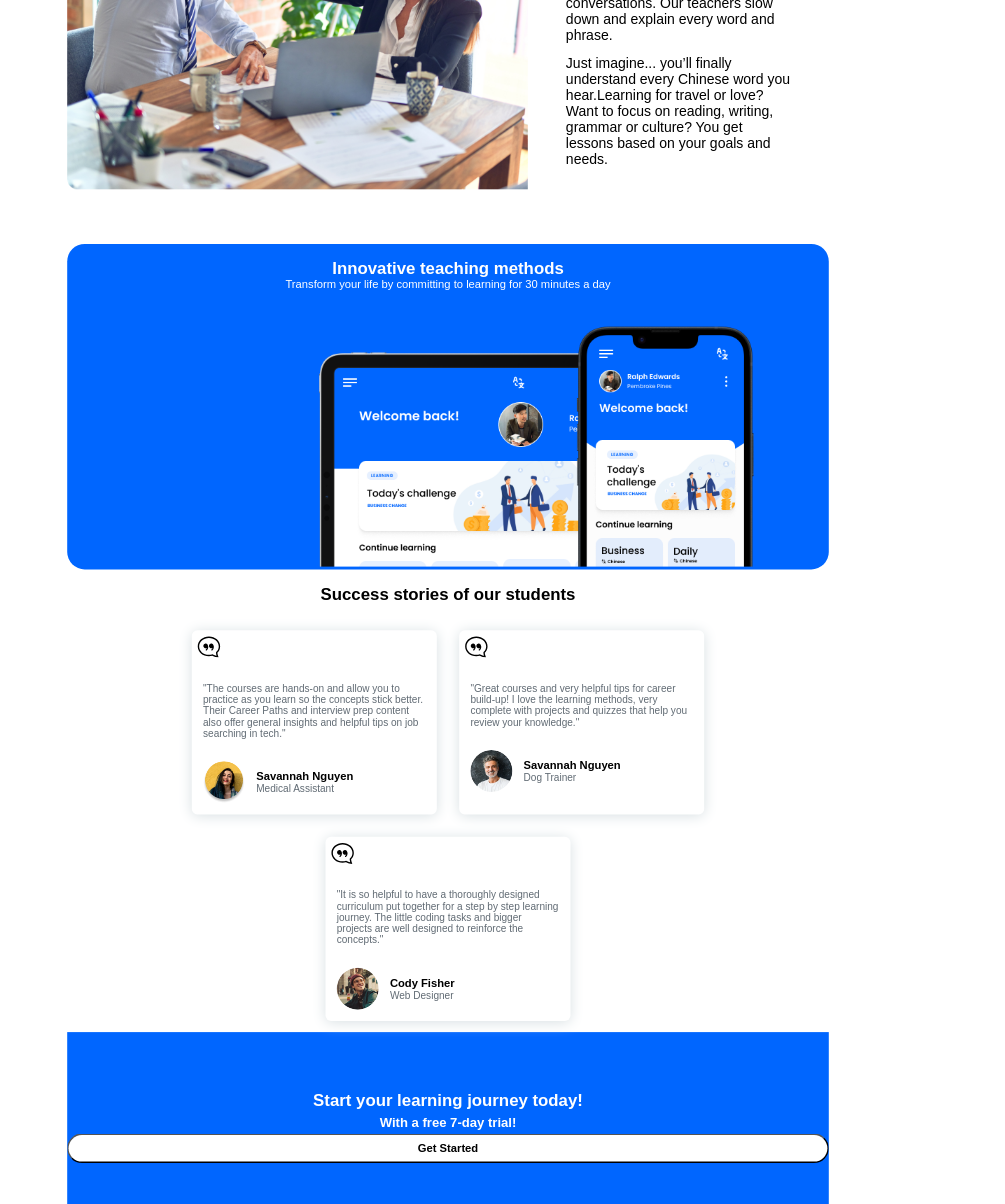
Repository: BinhIT/ChineseLearn
Page: index.html
These files come from the project's save history. The page is drawn as it stood at one moment and after the next save; the edit follows.
The browser window is 1280 px wide. The page is 1436 px wide, so the pictures cover 1436 px, including what lies to the right of the window. The pictures show the part of the page from y = 1039 to 2759 px (the page is 2759 px tall), at 70% of full size.

Above is the page before, as saved 2023-03-01 20:59:50.
Console error: ReferenceError: $ is not defined

After the next save:
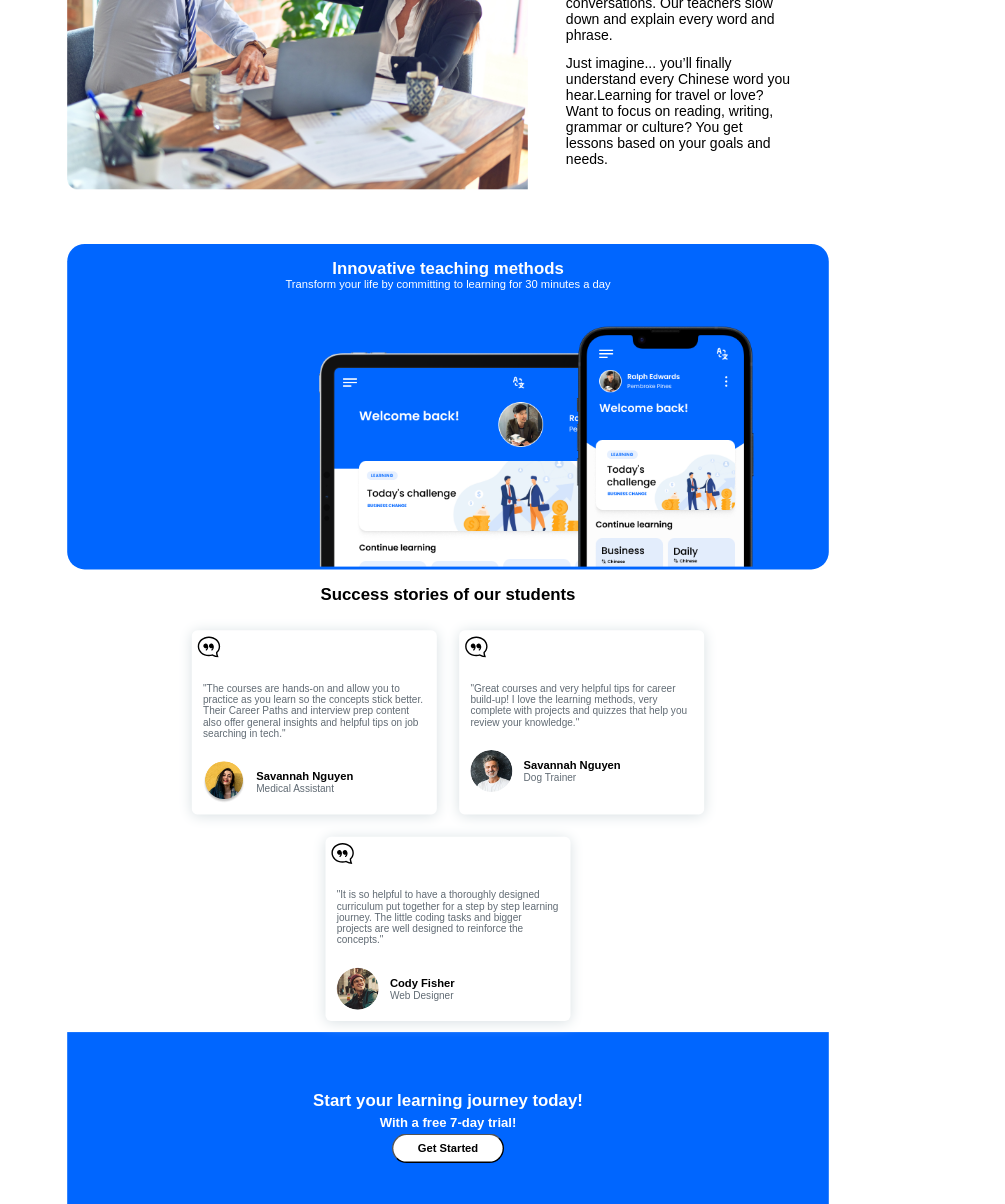
Saved 19 s later.
--- a/index.html
+++ b/index.html
@@ -159,7 +159,10 @@
         <div class="wrapper call-action-wrapper">
             <h1>Start your learning journey today!</h1>
             <h3>With a free 7-day trial!</h3>
-            <button class="btn btn_defaut">Get Started</button>
+            <div>
+                <button class="btn btn_defaut">Get Started</button>
+            </div>
+
         </div>
     </section>
     <!--End  Section call to action -->
